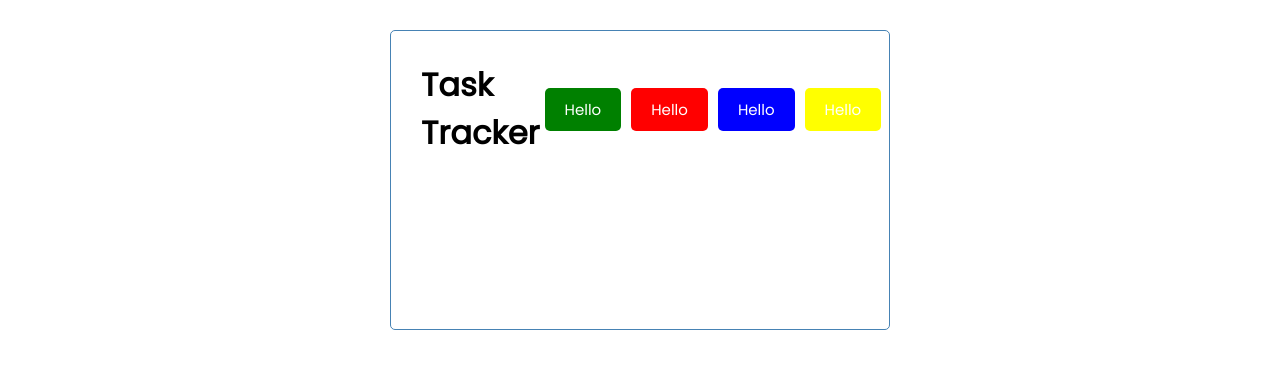
Repository: biggie-pti/task-tracker-react-app
Page: /
The author's editor kept a copy of each file at every save. The page is drawn from the files as they stood at one save, then again after the next save.
The browser window is 1280 px wide. The pictures show the whole page.
The project was rebuilt for these pictures with package versions that can differ from the ones it lists, and the page was loaded fresh each time.

Above is the page before, as saved 2022-02-20 14:38:48.

### public/index.html
<!DOCTYPE html>
<html lang="en">
  <head>
    <meta charset="utf-8" />
    <link rel="icon" href="%PUBLIC_URL%/favicon.ico" />
    <meta name="viewport" content="width=device-width, initial-scale=1" />
    <meta name="theme-color" content="#000000" />
    <meta
      name="description"
      content="Web site created using create-react-app"
    />
    <link rel="apple-touch-icon" href="%PUBLIC_URL%/logo192.png" />

    <link rel="manifest" href="%PUBLIC_URL%/manifest.json" />

    <title>Task Tracker</title>
  </head>
  <body>
    <noscript>You need to enable JavaScript to run this app.</noscript>
    <div id="root"></div>

  </body>
</html>

### src/App.js
import Header from "./components/Header";
function App() {
  return (
    <div className="container">
    <Header />
    </div>
  );
}

export default App;

### src/components/Header.js
import PropTypes from 'prop-types'
import Button from './Button'
const Header = ({title}) => {
  return (
    <header className='header'>
        <h1>

        {title}
        </h1>
       <Button color='green' text='Hello'/>
       <Button color='red' text='Hello'/>
       <Button color='blue' text='Hello'/>
       <Button color='yellow' text='Hello'/>
        </header>
  )
}
Header.defaultProps={
    title: 'Task Tracker',
}

Header.propTypes={
    title: PropTypes.string,
}

//CSS in JS
// const headingStyle={
//     color:'red',
//     backgroundColor:'black',
// }

export default Header

### src/components/Button.js


const Button = ({color,text}) => {
  return (
   <button style={{backgroundColor: color}} className='btn'>{text}</button>
  )
}

export default Button

Loaded but not shown: src/index.js (common file); src/index.css (common file); src/reportWebVitals.js (common file)

After the next save:
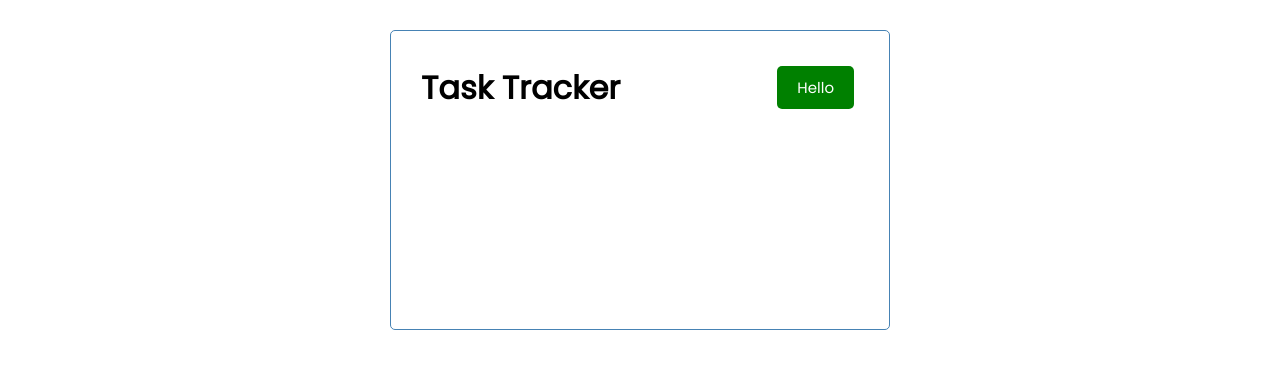
Saved 27 s later.
--- a/src/components/Header.js
+++ b/src/components/Header.js
@@ -8,9 +8,7 @@ const Header = ({title}) => {
         {title}
         </h1>
        <Button color='green' text='Hello'/>
-       <Button color='red' text='Hello'/>
-       <Button color='blue' text='Hello'/>
-       <Button color='yellow' text='Hello'/>
+
         </header>
   )
 }
